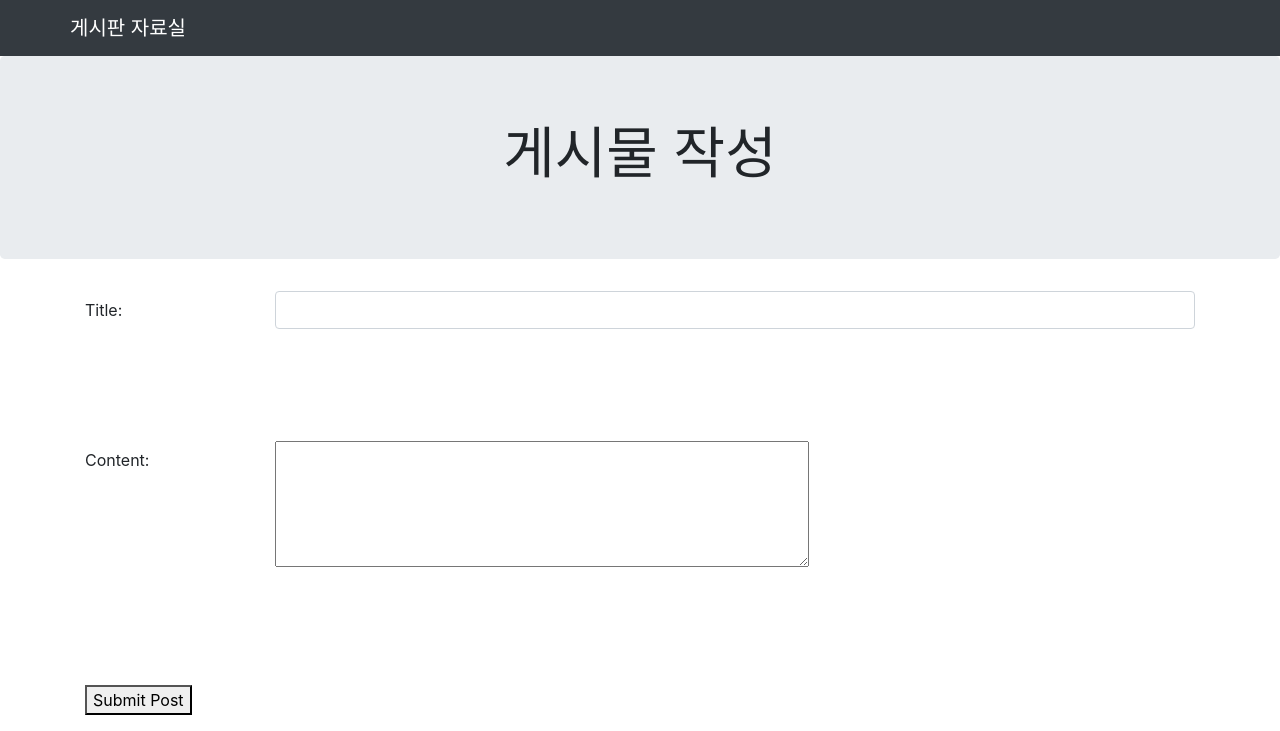
Repository: LeeKukJu/JSP-Study
Page: http://localhost/JSPBook/ch11/totaltest/boardInsert.jsp
An editor plug-in stored every save of this project. The page is shown before and after the next save, followed by the edit.
The browser window is 1280 px wide. The pictures show the whole page.
The page is served by Tomcat 9. Nobody is signed in. The application's start-up code is not run. Other server files are loaded and not shown.

Above is the page before, as saved 2023-02-04 02:12:02.

### JSPBook/WebContent/ch11/totaltest/boardInsert.jsp
<%@ page language="java" contentType="text/html; charset=UTF-8"
    pageEncoding="UTF-8"%>
<%@taglib prefix="c" uri="http://java.sun.com/jsp/jstl/core" %>
<%@page errorPage="exceptionBoard_error.jsp" %>
<!DOCTYPE html>
<html>
<head>
<meta charset="UTF-8">
<title>@304_이국주</title>
</head>
<body>
<!--
	넘겨받은 게시글 데이터를 이용하여 게시글 등록을 진행해주세요.
	등록이 실패하여 에러가 발생 할 경우, exceptionBoard_error.jsp 페이지로 이동할 수 있게 해주세요.

	등록이 완료되면 작성한 게시글 상세정보 페이지(boardView)로 이동해주세요.
	이동하여 새롭게 작성된 게시글 내용으로 상세정보 페이지를 보여주세요.
 -->
 <%@include file="./menu.jsp"%>
      <div class="jumbotron">
		<div class="container" align="center">
			<h1 class="display-4">게시물 작성</h1>
		</div>
	</div>

 <div class="container">


      <form action="/action_page_post_form" method="post">

        <!-- Title -->
        <div class="form-group row">
          <label for="title" class="col-sm-2 col-form-label">Title:</label>
          <div class="col-sm-10">
            <input type="text" class="form-control" id="title" placeholder="" name="title" required>
          </div>
        </div><br><br><br><br>

        <!-- Content -->
        <div class="form-group row">
          <label for="content" class="col-sm-2 col-form-label">Content:</label>
          <div class="col-sm-10">
            <textarea type = "textarea" rows = "5" cols = "50" name = "content"></textarea><br />     <!-- Text Area -->
          </div>                                                                                     <!-- End Text Area -->

        </div><br><br><br><br><!-- End Content -->

        <!-- Submit Button -->
        <button type = "submit" value = "Submit Post" name = "submit_post_btn"/>Submit Post</button></td></tr></table></center></p></form>
</body>
</html>

### JSPBook/WebContent/ch11/totaltest/menu.jsp
<%@ page language="java" contentType="text/html; charset=UTF-8"
	pageEncoding="UTF-8"%>
<link rel="stylesheet" href="https://maxcdn.bootstrapcdn.com/bootstrap/4.0.0/css/bootstrap.min.css"/>
<!--
	메뉴를 제공하는 페이지를 구성해주세요.
	- 메뉴를 구성하고 각 페이지(view)를 담당하는 jsp 마다 페이지 모듈화를 진행해주세요.

	[상단 메뉴 구성]
	게시판  자료실 -> boardList.jsp 요청 ( 시큐리티 작동하도록)
 -->

<nav class="navbar navbar-expand navbar-dark bg-dark">
	<div class="container">
		<div class="navbar-header">
			<a class="navbar-brand" href="./boardList.jsp">게시판 자료실</a>
		</div>
	</div>
</nav>

After the next save:
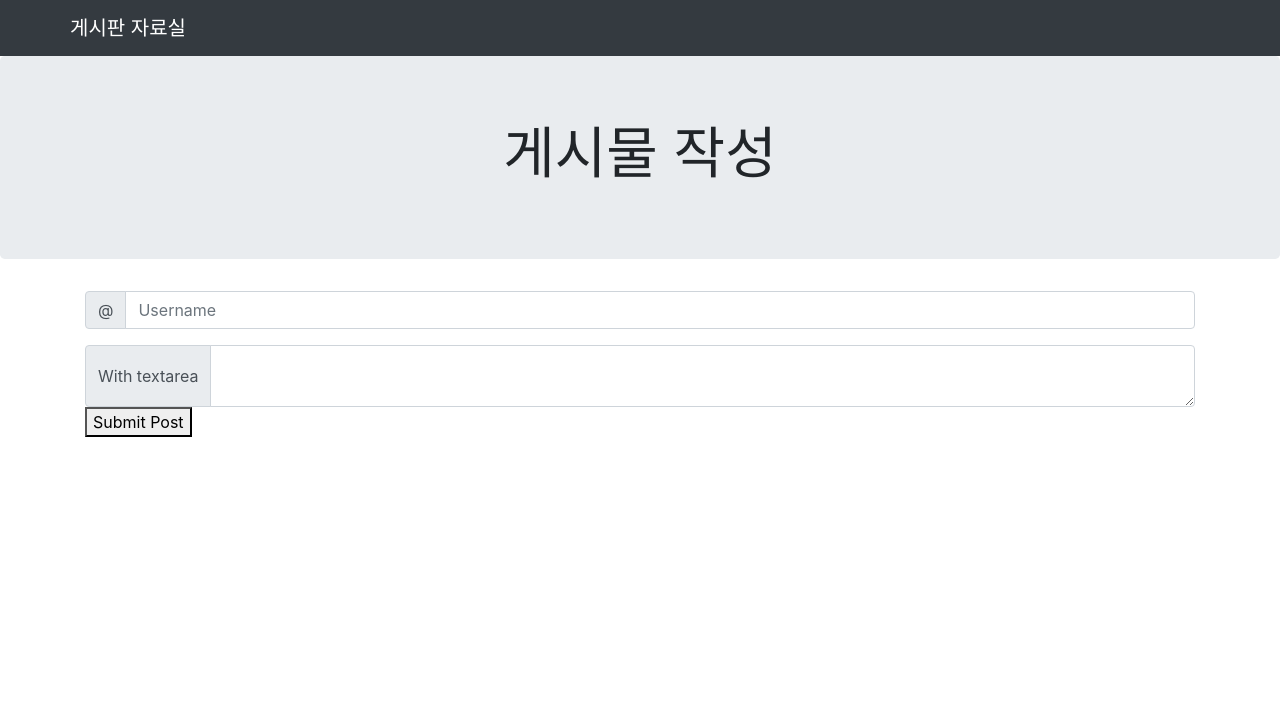
Saved 3 min 43 s later.
--- a/JSPBook/WebContent/ch11/totaltest/boardInsert.jsp
+++ b/JSPBook/WebContent/ch11/totaltest/boardInsert.jsp
@@ -1,7 +1,7 @@
 <%@ page language="java" contentType="text/html; charset=UTF-8"
-    pageEncoding="UTF-8"%>
-<%@taglib prefix="c" uri="http://java.sun.com/jsp/jstl/core" %>
-<%@page errorPage="exceptionBoard_error.jsp" %>
+	pageEncoding="UTF-8"%>
+<%@taglib prefix="c" uri="http://java.sun.com/jsp/jstl/core"%>
+<%@page errorPage="exceptionBoard_error.jsp"%>
 <!DOCTYPE html>
 <html>
 <head>
@@ -9,43 +9,45 @@
 <title>@304_이국주</title>
 </head>
 <body>
-<!--
+	<!--
 	넘겨받은 게시글 데이터를 이용하여 게시글 등록을 진행해주세요.
 	등록이 실패하여 에러가 발생 할 경우, exceptionBoard_error.jsp 페이지로 이동할 수 있게 해주세요.
 
 	등록이 완료되면 작성한 게시글 상세정보 페이지(boardView)로 이동해주세요.
 	이동하여 새롭게 작성된 게시글 내용으로 상세정보 페이지를 보여주세요.
  -->
- <%@include file="./menu.jsp"%>
-      <div class="jumbotron">
+	<%@include file="./menu.jsp"%>
+	<div class="jumbotron">
 		<div class="container" align="center">
 			<h1 class="display-4">게시물 작성</h1>
 		</div>
 	</div>
 
- <div class="container">
+	<div class="container">
 
 
-      <form action="/action_page_post_form" method="post">
+		<form action="/action_page_post_form" method="post">
 
-        <!-- Title -->
-        <div class="form-group row">
-          <label for="title" class="col-sm-2 col-form-label">Title:</label>
-          <div class="col-sm-10">
-            <input type="text" class="form-control" id="title" placeholder="" name="title" required>
-          </div>
-        </div><br><br><br><br>
+			<!-- Title -->
+			<div class="input-group mb-3">
+				<div class="input-group-prepend">
+					<span class="input-group-text" id="basic-addon1">@</span>
+				</div>
+				<input type="text" class="form-control" placeholder="Username"
+					aria-label="Username" aria-describedby="basic-addon1">
+			</div>
 
-        <!-- Content -->
-        <div class="form-group row">
-          <label for="content" class="col-sm-2 col-form-label">Content:</label>
-          <div class="col-sm-10">
-            <textarea type = "textarea" rows = "5" cols = "50" name = "content"></textarea><br />     <!-- Text Area -->
-          </div>                                                                                     <!-- End Text Area -->
+			<div class="input-group">
+				<div class="input-group-prepend">
+					<span class="input-group-text">With textarea</span>
+				</div>
+				<textarea class="form-control" aria-label="With textarea"></textarea>
+			</div>
 
-        </div><br><br><br><br><!-- End Content -->
-
-        <!-- Submit Button -->
-        <button type = "submit" value = "Submit Post" name = "submit_post_btn"/>Submit Post</button></td></tr></table></center></p></form>
+			<!-- Submit Button -->
+			<button type="submit" value="Submit Post" name="submit_post_btn" />
+			Submit Post
+			</button>
+		</form>
 </body>
 </html>
